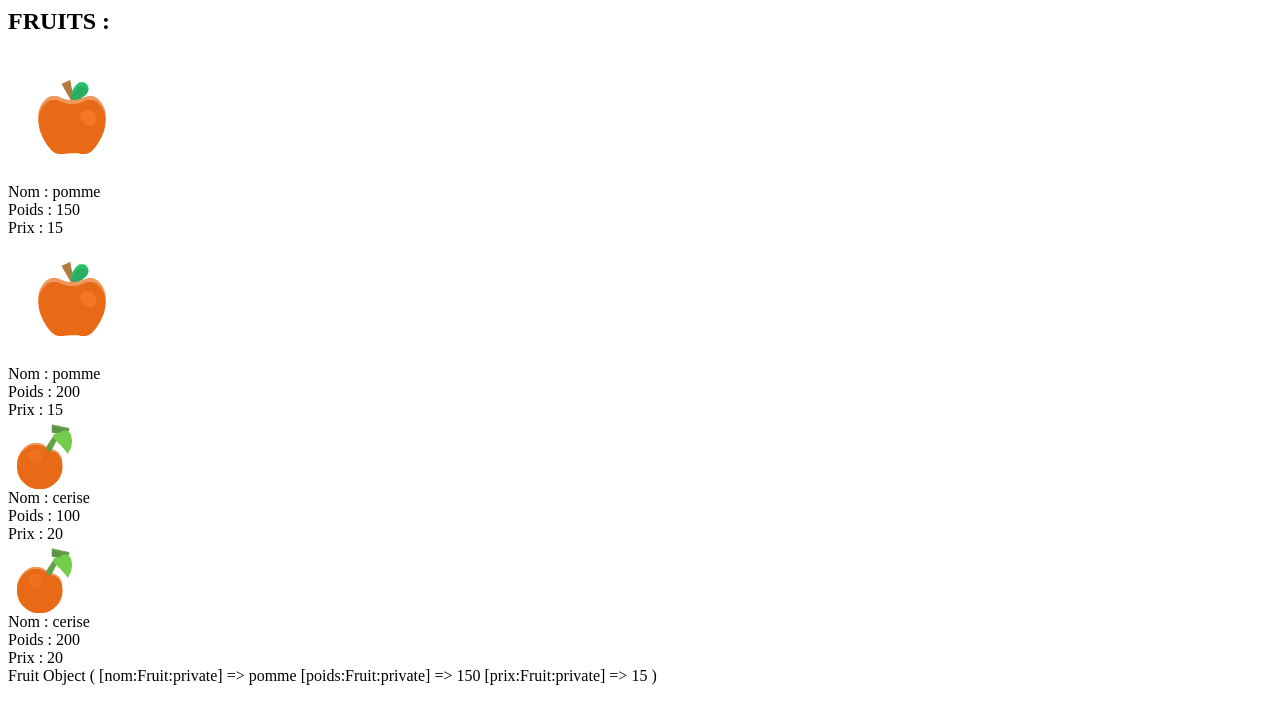
Repository: Michelhof1978/php
Page: http://localhost/pooExo1.php
The author's editor kept a copy of each file at every save. The page is drawn from the files as they stood at one save, then again after the next save.
The browser window is 1280 px wide. The pictures show the whole page.
The page is run by PHP 8.4 with error messages shown; the project is at /var/www/html/.

Above is the page before, as saved 2022-08-21 10:51:26.

After the next save:
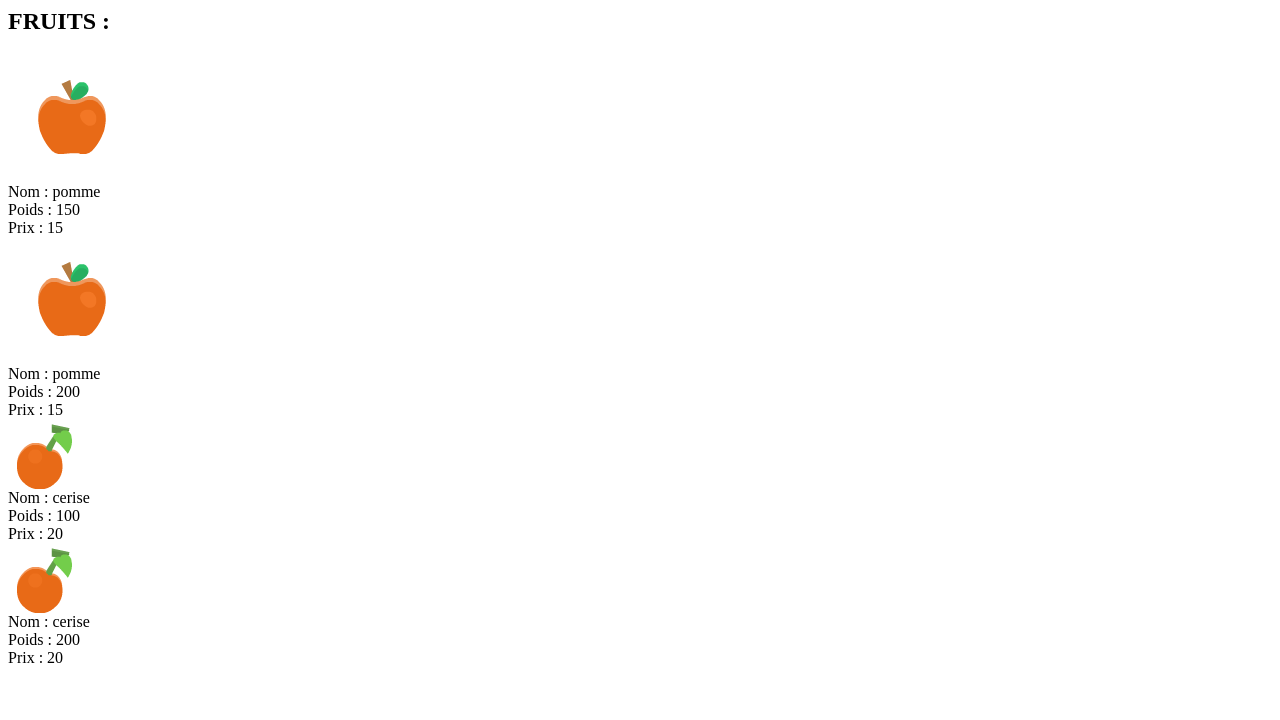
Saved 17 s later.
--- a/pooExo1.php
+++ b/pooExo1.php
@@ -13,6 +13,6 @@ foreach($fruits as $fruit){//on parcourt le tableau
     echo $fruit;//on affiche le contenu de la variable $fruit
 }
 
-print_r($pomme1);//on vérifi si l'objet est bien créé
+
 
 ?>
